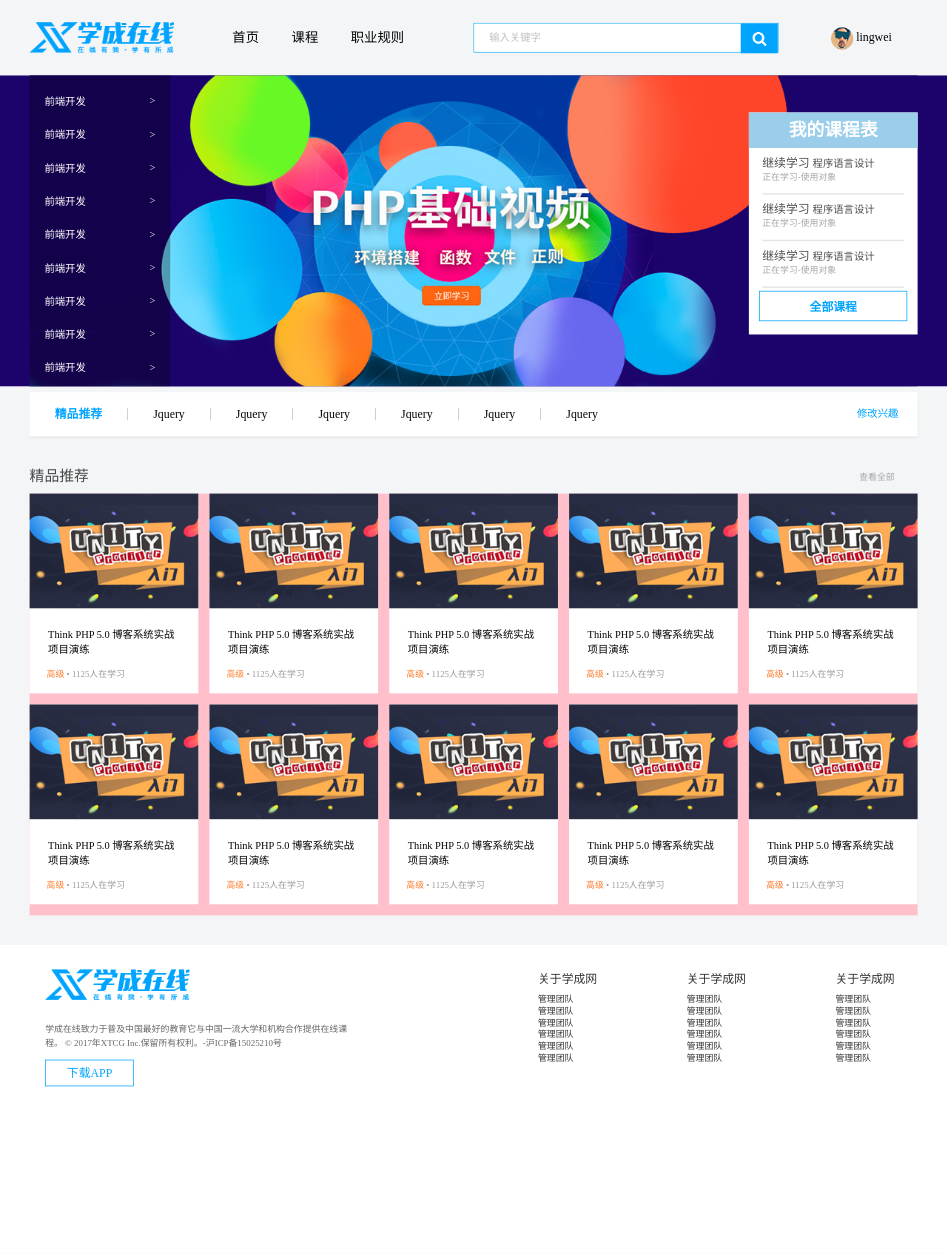
Repository: DengBiHua/xcdx
Page: index.html
The author's editor kept a copy of each file at every save. The page is drawn from the files as they stood at one save, then again after the next save.
The browser window is 1280 px wide. The pictures show the whole page, at 74% of full size.

Above is the page before, as saved 2022-04-15 11:12:41.

After the next save:
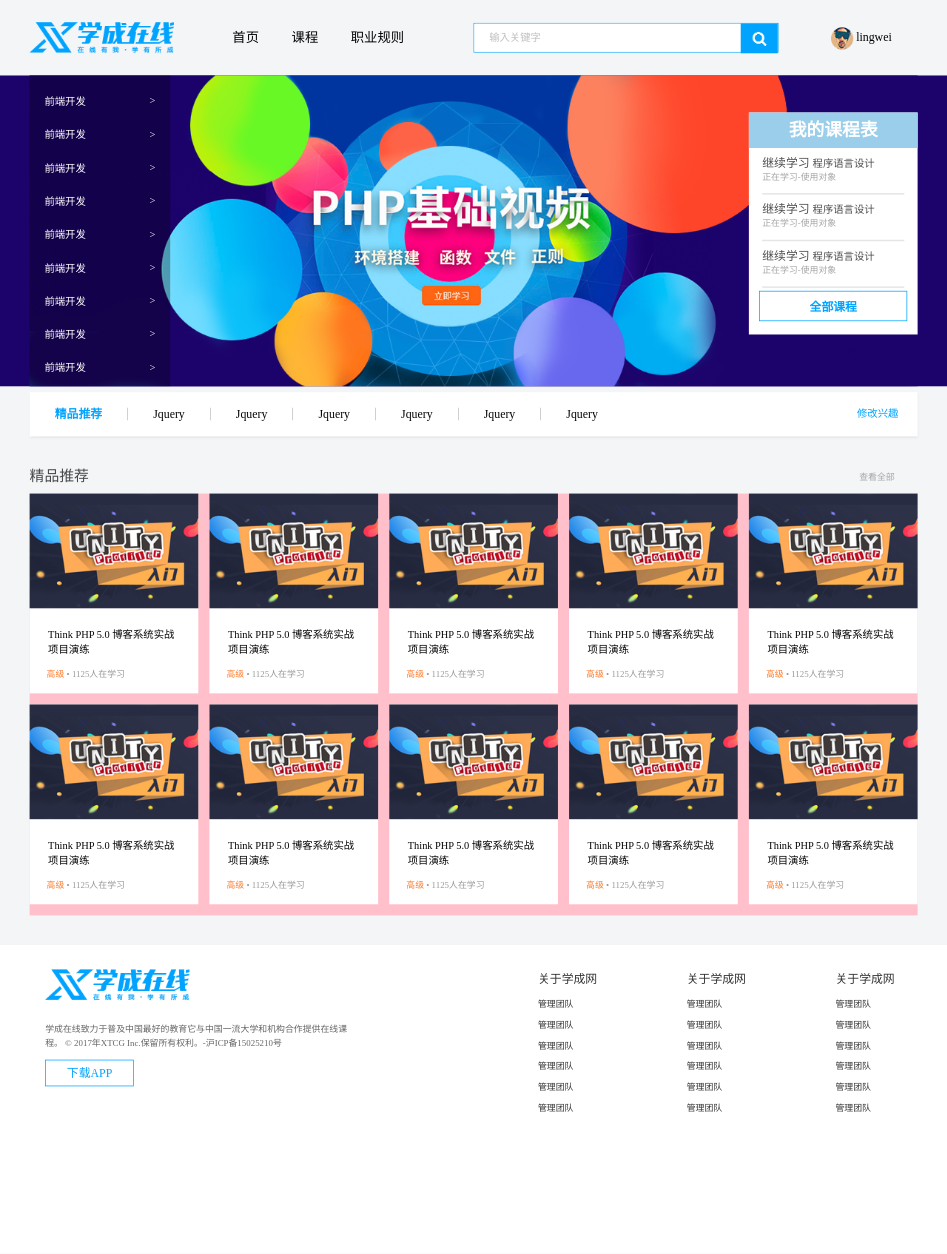
Saved 46 s later.
--- a/css/index.css
+++ b/css/index.css
@@ -360,9 +360,7 @@
 }
 
 .footer .right dd {
-    display: block;
-    height: 16px;
-    line-height: 16px;
+    padding: 5px 0;
     font-size: 12px;
     color: #333333;
 }
